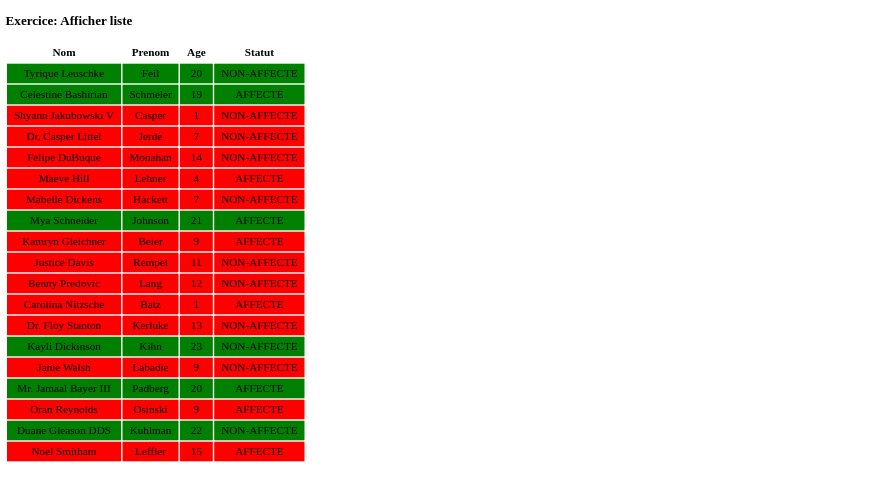
Repository: Bfabien99/PHPREPO
Page: http://localhost/
These files come from the project's save history. The page is drawn as it stood at one moment and after a run of saves; the edit follows.
The browser window is 1280 px wide. The pictures show the part of the page from y = 0 to 1920 px (the page is 720 px tall before and 3069 px after), at 70% of full size.
The page is run by PHP 8.4 with error messages shown; the project is at /var/www/html/.

Above is the page before, as saved 2021-12-10 10:51:45.

After the next 3 saves:
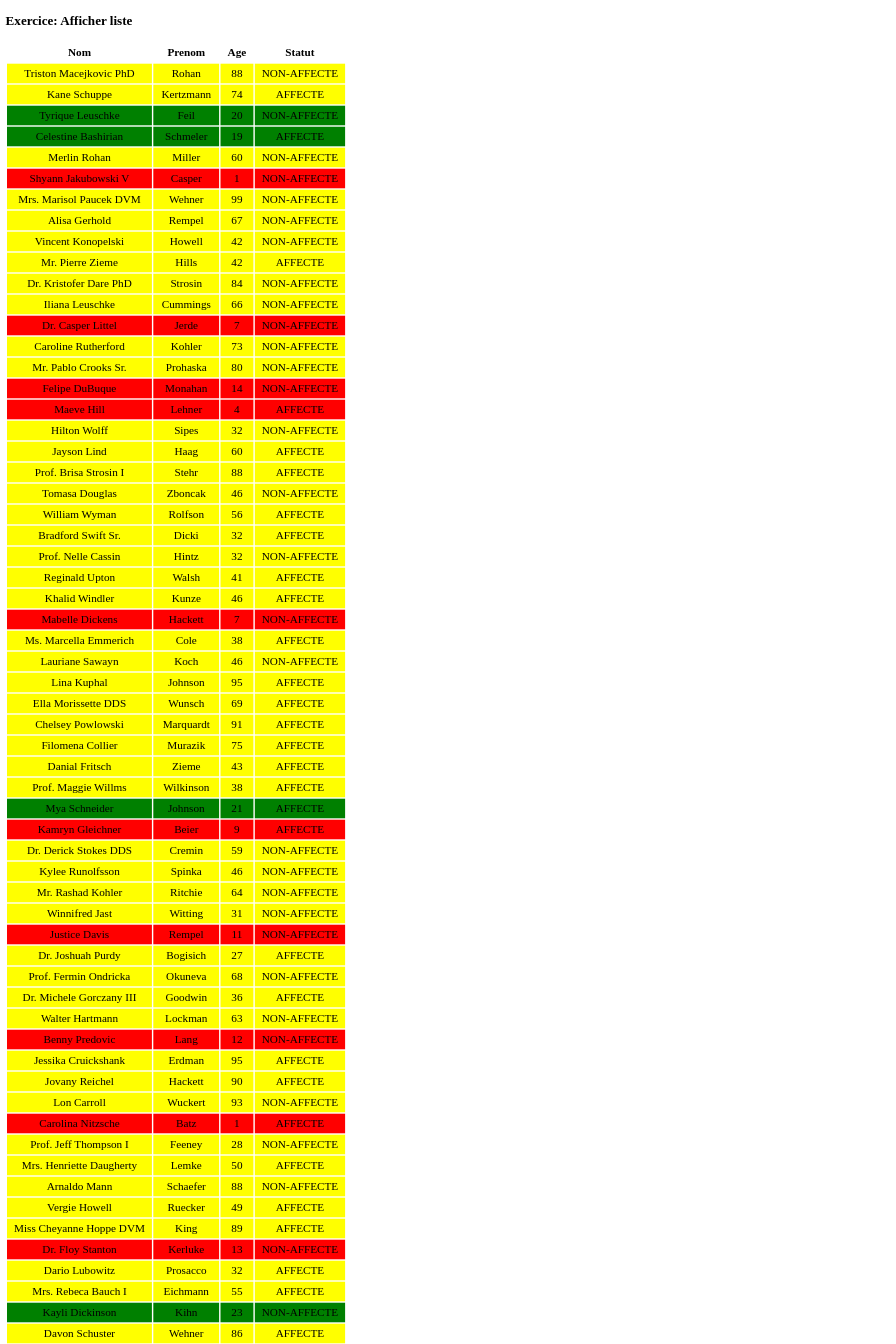
The 3 saves are shown as one change because they came seconds apart.
The last was saved 9 s later.
--- a/MakeFakeData/src/index.php
+++ b/MakeFakeData/src/index.php
@@ -77,15 +77,15 @@ while($i<= 100) {
                     <td >'.$value["age"].'</td>
                     <td >'.$value["statut"].'</td>
                     </tr>';
-
-                // case $value["age"] > 25:
-                //     echo '<tr><td class="yellow">'.$value["nom"].'</td>
-                //     <td class="yellow">'.$value["prenom"].'</td>
-                //     <td class="yellow">'.$value["age"].'</td>
-                //     <td class="yellow">'.$value["statut"].'</td>
-                //     </tr>';
-                //     # code...
-                //     break;
+                    break;
+                case $value["age"] > 25:
+                    echo '<tr><td class="yellow">'.$value["nom"].'</td>
+                    <td class="yellow">'.$value["prenom"].'</td>
+                    <td class="yellow">'.$value["age"].'</td>
+                    <td class="yellow">'.$value["statut"].'</td>
+                    </tr>';
+                    # code...
+                    break;
 
                 default:
                     # code...
